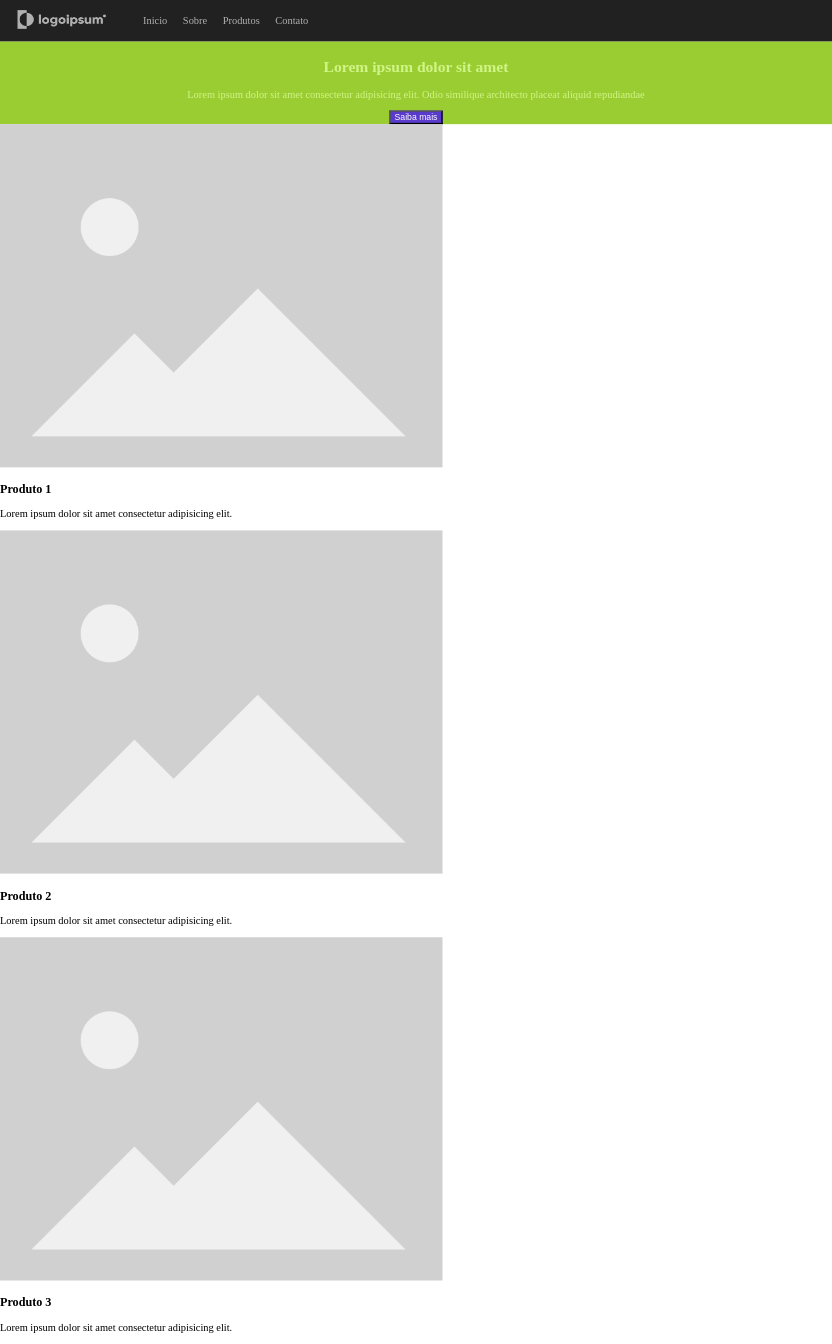
Repository: Carolden/SiteCrie_Ti
Page: index.html
These files come from the project's save history. The page is drawn as it stood at one moment and after the next save; the edit follows.
The browser window is 1280 px wide. The pictures show the whole page, at 65% of full size.

Above is the page before, as saved 2023-04-23 20:39:57.

### index.html
<!DOCTYPE html>
<html lang="pt-BR">
<head>
    <meta charset="UTF-8">
    <meta http-equiv="X-UA-Compatible" content="IE=edge">
    <meta name="viewport" content="width=device-width, initial-scale=1.0">
    <title>Document</title>
    <link rel="stylesheet" type="text/css" href="index.css" media="screen" />
</head>
<body>

    <header>
        <div>
            <img src="images/logo.png" alt="logo" class="logo">
        </div>
        <nav>
            <a href="inicio">Inicio</a>
            <a href="sobre">Sobre</a>
            <a href="produtos">Produtos</a>
            <a href="contato">Contato</a>
        </nav>
    </header>

    <main>

    <section class="banner">
        <h1>Lorem ipsum dolor sit amet</h1>
        <p>Lorem ipsum dolor sit amet consectetur adipisicing elit. Odio similique architecto placeat aliquid repudiandae</p>
        <button>Saiba mais</button>
    </section>

    <section>
        <div>
            <div>
                <img src="images/placeholder.png" alt="imagem1">
                <h3>Produto 1</h3>
                <p>Lorem ipsum dolor sit amet consectetur adipisicing elit.</p>
            </div>

            <div>
                <img src="images/placeholder.png" alt="imagem2">
                <h3>Produto 2</h3>
                <p>Lorem ipsum dolor sit amet consectetur adipisicing elit.</p>
            </div>

            <div>
                <img src="images/placeholder.png" alt="imagem3">
                <h3>Produto 3</h3>
                <p>Lorem ipsum dolor sit amet consectetur adipisicing elit.</p>
            </div>
        </div>
    </section>


    </main>





</body>
</html>

### index.css
body {
    border: 0;
    margin: 0;
    padding: 0;
}


header {
    background-color: #212121;
    display: flex;
    align-items: center;
    width: 100%;
    top: 0;
    padding-left: 20px;
    padding-right: 20px;
    box-sizing: border-box;
}

header nav a {
    color: #B0B0B0;
    text-decoration: none;
    padding: 10px;

}

.logo {
    width: 150px;
    height: 60px;
    padding-right: 40px;
}

.banner {
    background-color: #9ACD32;
    color: #d0f587;
    text-align: center;
    padding-top: 5px;
    padding-bottom: 150 px;

}

button {
    background-color: #593BCC;
    color: #ffffff;
    text-align: center;
}

h1 {
    size: 5;
}

After the next save:
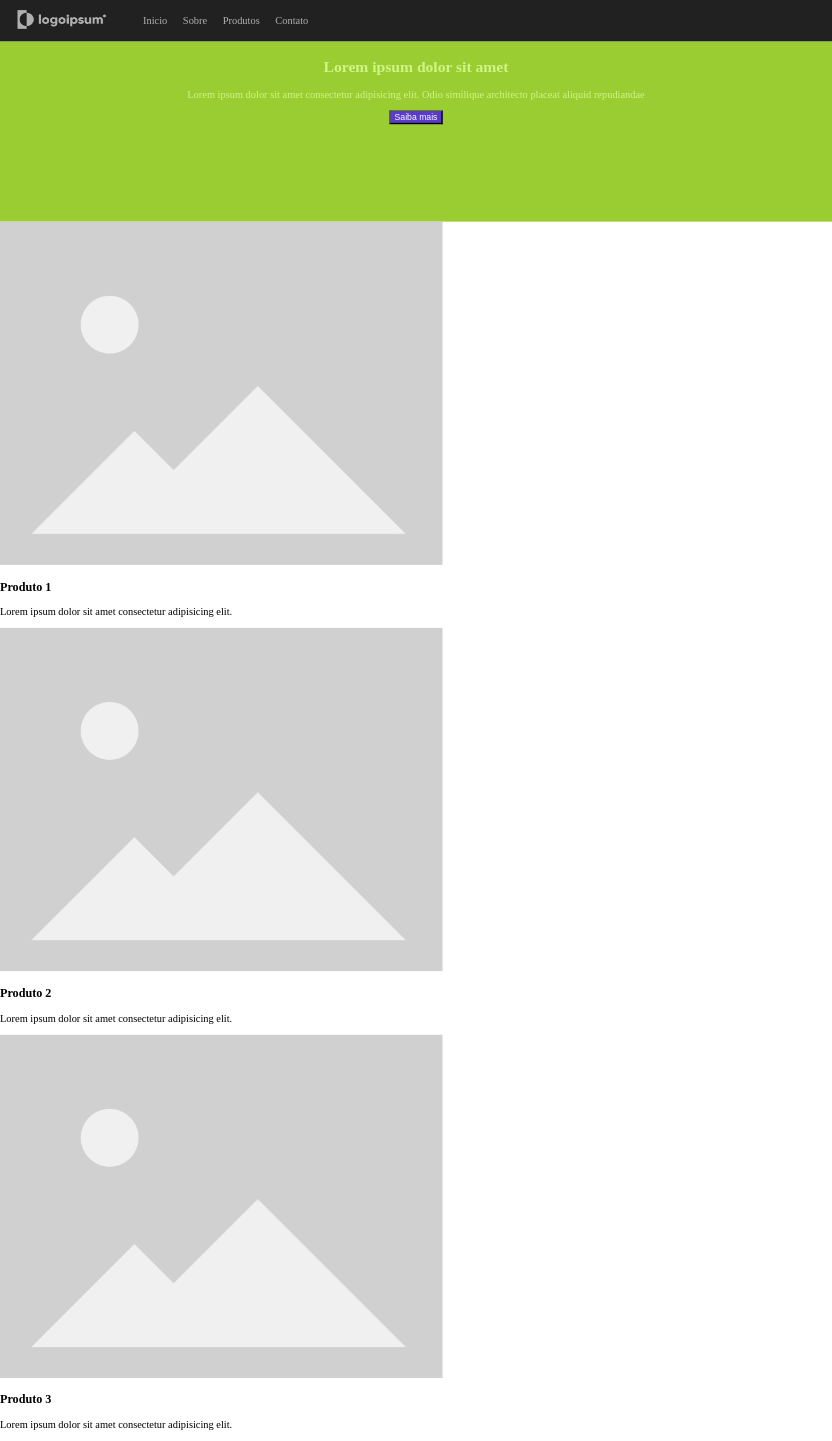
Saved 14 s later.
--- a/index.css
+++ b/index.css
@@ -34,7 +34,7 @@ header nav a {
     color: #d0f587;
     text-align: center;
     padding-top: 5px;
-    padding-bottom: 150 px;
+    padding-bottom: 150px;
 
 }
 
